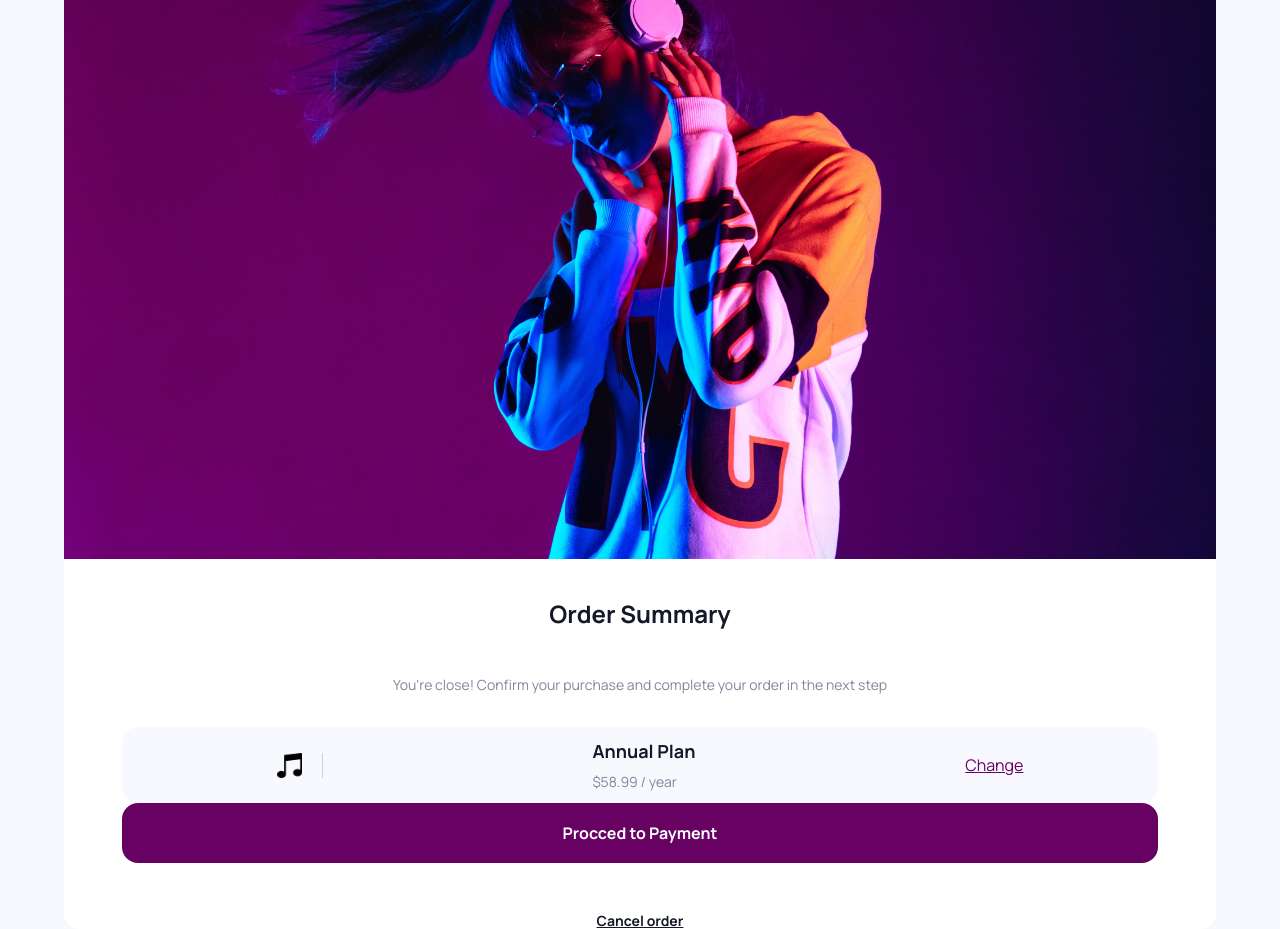
Repository: ssynowiec/INVO-Academy-solution
Page: /
These files come from the project's save history. The page is drawn as it stood at one moment and after the next save; the edit follows.
The browser window is 1280 px wide. The pictures show the whole page.
The project was rebuilt for these pictures with package versions that can differ from the ones it lists, and the page was loaded fresh each time.

Above is the page before, as saved 2023-03-04 20:18:11.

### index.html
<!DOCTYPE html>
<html lang="en">

<head>
  <meta charset="UTF-8" />
  <link rel="icon" type="image/svg+xml" href="/vite.svg" />
  <meta name="viewport" content="width=device-width, initial-scale=1.0" />
  <title>INVO Academy JS Starter with Vite</title>
</head>

<!-- In order to start your challenge, remove all the content inside <div id="home-page"></div> and start coding :) -->

<body>
  <div id="home-page" class="container">
    <section class="order">
      <img src="/images/girl.jpeg" alt="" class="order-image">
      <h1 class="order-title">Order Summary</h1>
      <p class="order-description">You're close! Confirm your purchase and complete your order in the next step</p>
      <div class="order-summary">
        <img src="/images/music.png" alt="" class="order-icon">
        <div class="product">
          <h2 class="product-name">Annual Plan</h2>
          <p class="product-price">$58.99 / year</p>
        </div>
        <a href="#" class="product-link">Change</a>
      </div>
      <button class="order-button">Procced to Payment</button>
      <a href="#" class="order-link">Cancel order</a>
    </section>
  </div>

  <script type="module" src="/src/global-scripts/main.js"></script>
  <script type="module" src="/src/pages/home-page/scripts/home-page.js"></script>
</body>

</html>

### src/pages/home-page/scripts/home-page.js
/// Homepage JavaScript File
/// Here we import all the JavaScript files we need for our homepage.

import '../styles/home-page.scss';

### src/global-styles/style.scss
/// Main Styles File
/// Here we import all the global Styles files we need for our project.

@import 'styles/normalize.scss';
@import 'styles/root.scss';
@import 'styles/fonts.scss';

body {
	font-family: 'Manrope', sans-serif;
	color: var(--color-primary);
	background-color: var(--color-background);
	display: flex;
	justify-content: center;
	align-items: center;
	height: 100vh;
}

p {
	color: var(--color-on-surface);
}

### src/pages/home-page/styles/home-page.scss
/// Homepage Styles File
/// Here we import all the Styles files we need for our Homepage.

.container {
	display: flex;
	justify-content: center;
	align-items: center;
}

.order {
	display: flex;
	flex-direction: column;
	justify-content: between;
	align-items: center;
	width: 90%;
	border-radius: 16px;
	overflow: hidden;
	background-color: var(--color-white);

	&-image {
		width: 100%;
		height: 20%;
		object-fit: cover;
	}

	&-title {
		font-weight: bold;
		padding-top: 25px;
		font-size: 24px;
		color: var(--color-title);
	}

	&-description {
		font-size: 14px;
		padding: 20px;
		color: var(--color-body);
		text-align: center;
	}

	&-summary {
		display: flex;
		justify-content: space-around;
		align-items: center;
		width: 90%;
		border-radius: 16px;
		background-color: var(--color-background);
	}

	&-icon {
		width: 25px;
		height: 25px;
		// margin: 10px;
		padding: 0 20px;
		border-right: 1px solid var(--color-stroke);
	}

	&-button {
		width: 90%;
		height: 60px;
		padding: 10px;
		border-radius: 16px;
		font-weight: bold;
		font-size: 16px;
		line-height: 160%;
		letter-spacing: -1%;
		border: none;
		background-color: var(--color-primary);
		color: var(--color-white);
		cursor: pointer;

		&:hover {
			background-color: var(--color-primary-hover);
		}
	}

	&-link {
		letter-spacing: -1%;
		padding-top: 50px;
		font-size: 14px;
		font-weight: bold;
		color: var(--color-title);
	}
}

.product {
	color: var(--color-title);

	&-name {
		font-size: 18px;
		line-height: 18px;
		font-weight: bold;
	}

	&-price {
		font-weight: medium;
		font-size: 14px;
		line-height: 14px;
		color: var(--color-body);
	}

	&-link {
		color: var(--color-primary);
		font-size: 16px;
		line-height: 160%;
	}
}

### src/global-styles/styles/root.scss
/// Root Styles file
/// Here we define all the root variables we need for our project.
/// For examples see Material Design color system: https://m2.material.io/design/color/the-color-system.html

:root {
	--color-primary: #680262;
	--color-primary-hover: #490245;
	--color-background: #f8f9fe;
	--color-title: #151827;
	--color-body: #85859b;
	--color-stroke: #cfd1dd;
	--color-white: #ffffff;
}

### src/global-styles/styles/fonts.scss
/// Main Fonts File
/// Here we import all the fonts files we need for our project.

@import url('https://fonts.googleapis.com/css2?family=Manrope:wght@200;300;400;500;600;700;800&display=swap');

Loaded but not shown: src/global-scripts/main.js (common file); src/global-styles/styles/normalize.scss (common file)

After the next save:
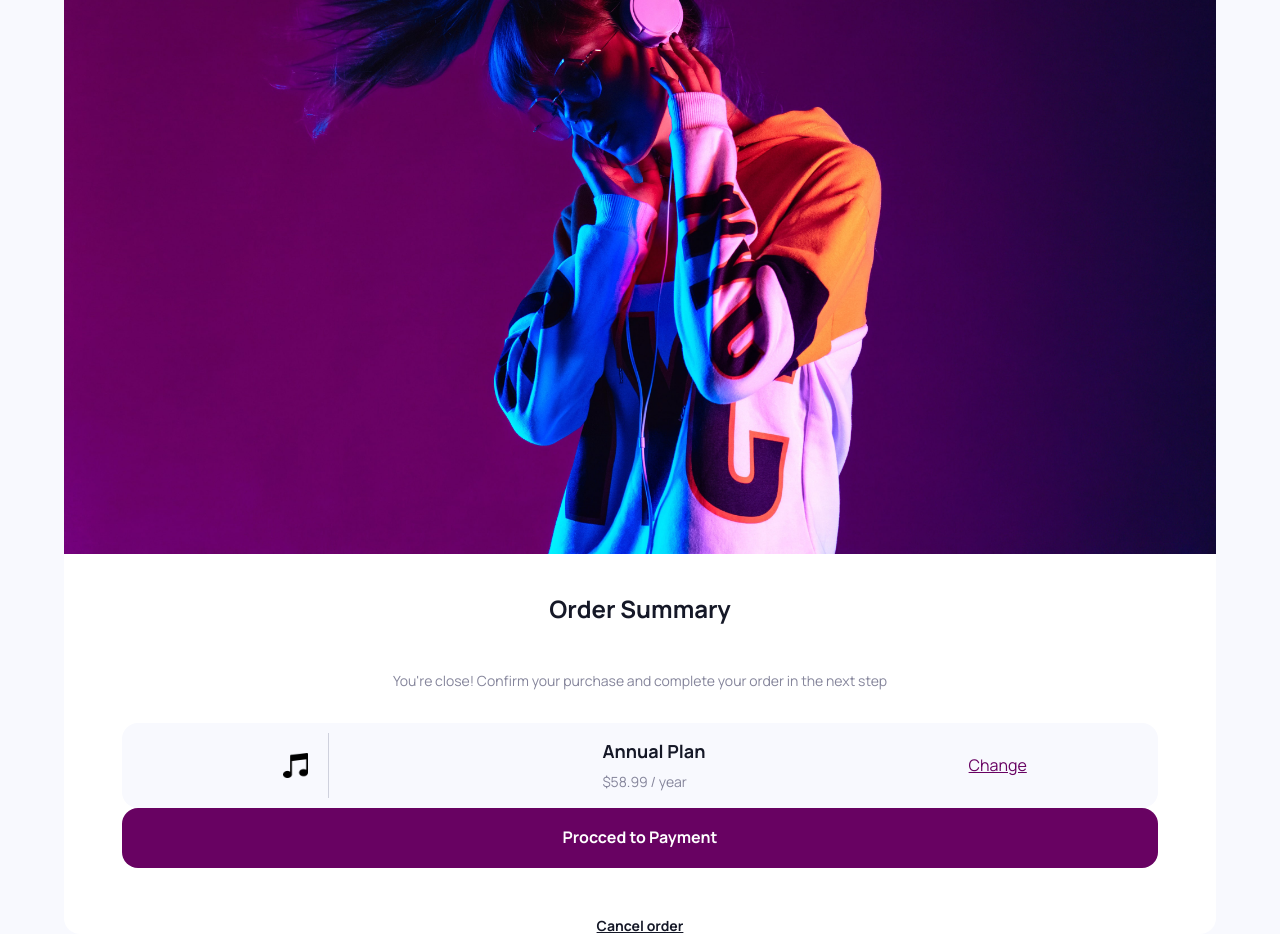
Saved 5 s later.
--- a/src/pages/home-page/styles/home-page.scss
+++ b/src/pages/home-page/styles/home-page.scss
@@ -49,8 +49,8 @@
 	&-icon {
 		width: 25px;
 		height: 25px;
-		// margin: 10px;
-		padding: 0 20px;
+		margin: 10px;
+		padding: 20px;
 		border-right: 1px solid var(--color-stroke);
 	}
 

After the save that followed:
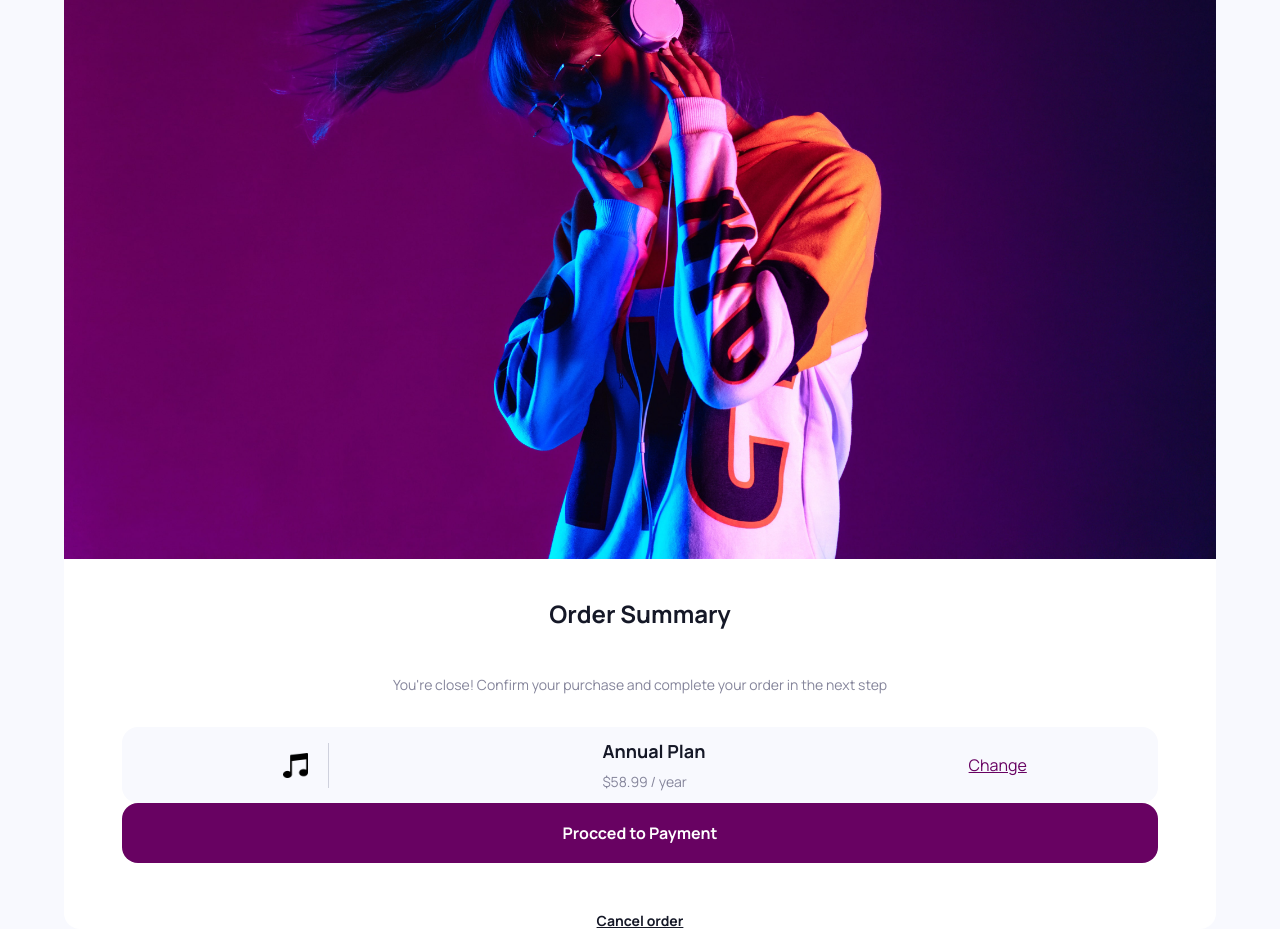
Saved 13 s later.
--- a/src/pages/home-page/styles/home-page.scss
+++ b/src/pages/home-page/styles/home-page.scss
@@ -50,7 +50,7 @@
 		width: 25px;
 		height: 25px;
 		margin: 10px;
-		padding: 20px;
+		padding: 10px 20px;
 		border-right: 1px solid var(--color-stroke);
 	}
 
